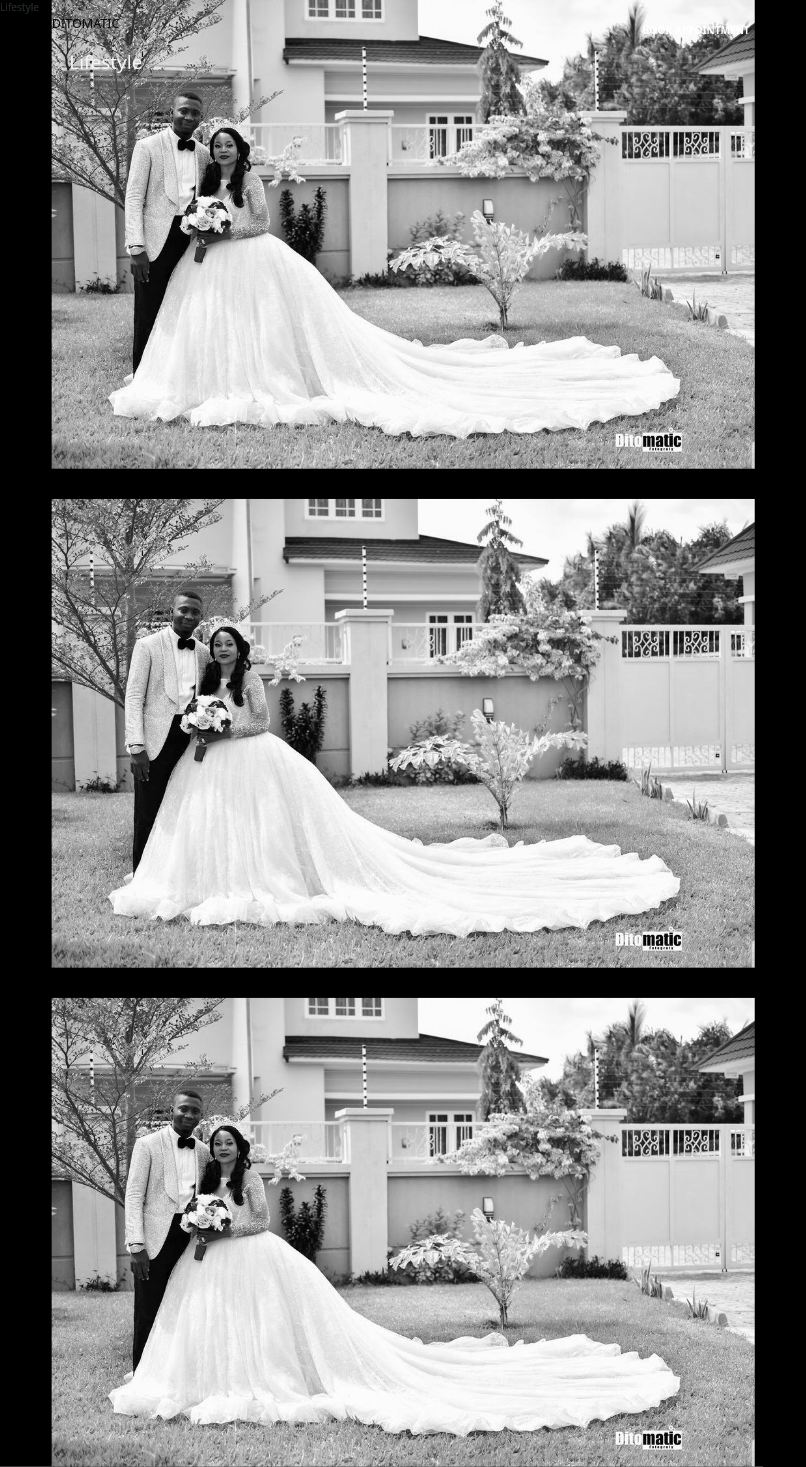
Repository: latenightsnacc/Ditomatic-Demo
Page: ditomatic.html
These files come from the project's save history. The page is drawn as it stood at one moment and after the next save; the edit follows.
The browser window is 1280 px wide. The pictures show the whole page, at 63% of full size.
Some web libraries are served in a nearby version.

Above is the page before, as saved 2021-02-23 18:07:11.
Console error: TypeError: Cannot read properties of null (reading 'addEventListener')

### ditomatic.html
<!DOCTYPE html>
<html lang="en">
<head>
    <meta charset="UTF-8">
    <meta name="viewport" content="width=device-width, initial-scale=1.0">
    <!--Tailwind 2.0.2-->
    <link href="https://cdnjs.cloudflare.com/ajax/libs/tailwindcss/2.0.2/tailwind.min.css" rel="stylesheet">
    <!--Font Awesome 5.15.1-->
    <link rel="stylesheet" href="https://cdnjs.cloudflare.com/ajax/libs/font-awesome/5.15.1/css/all.min.css" integrity="sha512-+4zCK9k+qNFUR5X+cKL9EIR+ZOhtIloNl9GIKS57V1MyNsYpYcUrUeQc9vNfzsWfV28IaLL3i96P9sdNyeRssA==" crossorigin="anonymous" />
    <!-- Bootstrap 5.0.0 Beta-->
    <link href="https://cdn.jsdelivr.net/npm/bootstrap@5.0.0-beta1/dist/css/bootstrap.min.css" rel="stylesheet" integrity="sha384-giJF6kkoqNQ00vy+HMDP7azOuL0xtbfIcaT9wjKHr8RbDVddVHyTfAAsrekwKmP1" crossorigin="anonymous" />
    <!-- UIkit CSS -->
    <link rel="stylesheet" href="https://cdn.jsdelivr.net/npm/uikit@3.6.9/dist/css/uikit.min.css" />
    <link rel="stylesheet" href="stylesheet.css">
    <!--Page Title-->
    <title>Ditomatic Fotografy</title>
</head>
<body class="bg-black">
    <!--Header-->
    <header>
        <nav class="navbar navbar-expand-lg navbar-light bg-transparent fixed-top">
            <div class="container">
                <a class="navbar-brand" href="#">
                    DITOMATIC
                    <!-- <img src="assets/Logos/TRY-Logo.png" alt="" width="150px" > -->
                </a>
                <ul class="navbar-nav ml-auto mb-2 mb-lg-0">
                    <li class="nav-item">
                        <a class="nav-link font-bold text-base uppercase text-white" href="#">book appointment</a>
                    </li>
                </ul>
            </div>
        </nav>
    </header>
    <!--End of Header-->
    <main class="bg-transparent">
        <!--Event-->
        <section class="min-h-screen">
            <div class="container relative">
                <img src="images/TLFC-ConvertImage.jpg" alt="" width="100%">

                <div class="absolute top-20 left-10">
                    <div class="text-gray-100 text-3xl hover:font-bold">Lifestyle</div>
                </div>
            </div>
        </section>
        <div class="my-5"></div>
        <!--End of Event-->
        <!--Lifestyle-->
        <section class="min-h-screen">
            <div class="container">
                <img src="images/TLFC-ConvertImage.jpg" alt="" width="100%">

                <div class="uk-position-top-left">
                    <div>Lifestyle</div>
                </div>
            </div>
        </section>
        <div class="my-5"></div>
        <!--Fashion-->
        <section class="min-h-screen">
            <div class="container">
                <img src="images/TLFC-ConvertImage.jpg" alt="" width="100%">

                <div class="uk-position-top-left">
                    <div>Lifestyle</div>
                </div>
            </div>
        </section>
        <!--End of Event-->

    </main>
<!-- UIkit JS -->
<script src="main.js"></script>
<script src="https://cdn.jsdelivr.net/npm/uikit@3.6.9/dist/js/uikit.min.js"></script>

<!--BOOTSTRAP CDN-->
<script src="https://cdn.jsdelivr.net/npm/bootstrap@5.0.0-beta1/dist/js/bootstrap.bundle.min.js" integrity="sha384-ygbV9kiqUc6oa4msXn9868pTtWMgiQaeYH7/t7LECLbyPA2x65Kgf80OJFdroafW" crossorigin="anonymous"></script>

</body>
</html>

### stylesheet.css
.d-none, #eventSet {
    display: none;
}

### main.js
let lifeStlyeSet = document.getElementById('lifestyleSet');
let eventSet = document.getElementById('eventSet');


document.getElementById('lifestyleBtn').addEventListener('click', function() {
    if(lifeStlyeSet.style.display === 'none') {
        lifeStlyeSet.style.display = 'block';
    } else {
        lifeStlyeSet.style.display = 'none';
    }
    }
)
document.getElementById('eventBtn').addEventListener('click', function() {
    if(eventSet.style.display === 'none') {
        eventSet.style.display = 'block';
    } else {
        eventSet.style.display = 'none';
    }
    }
)

After the next save:
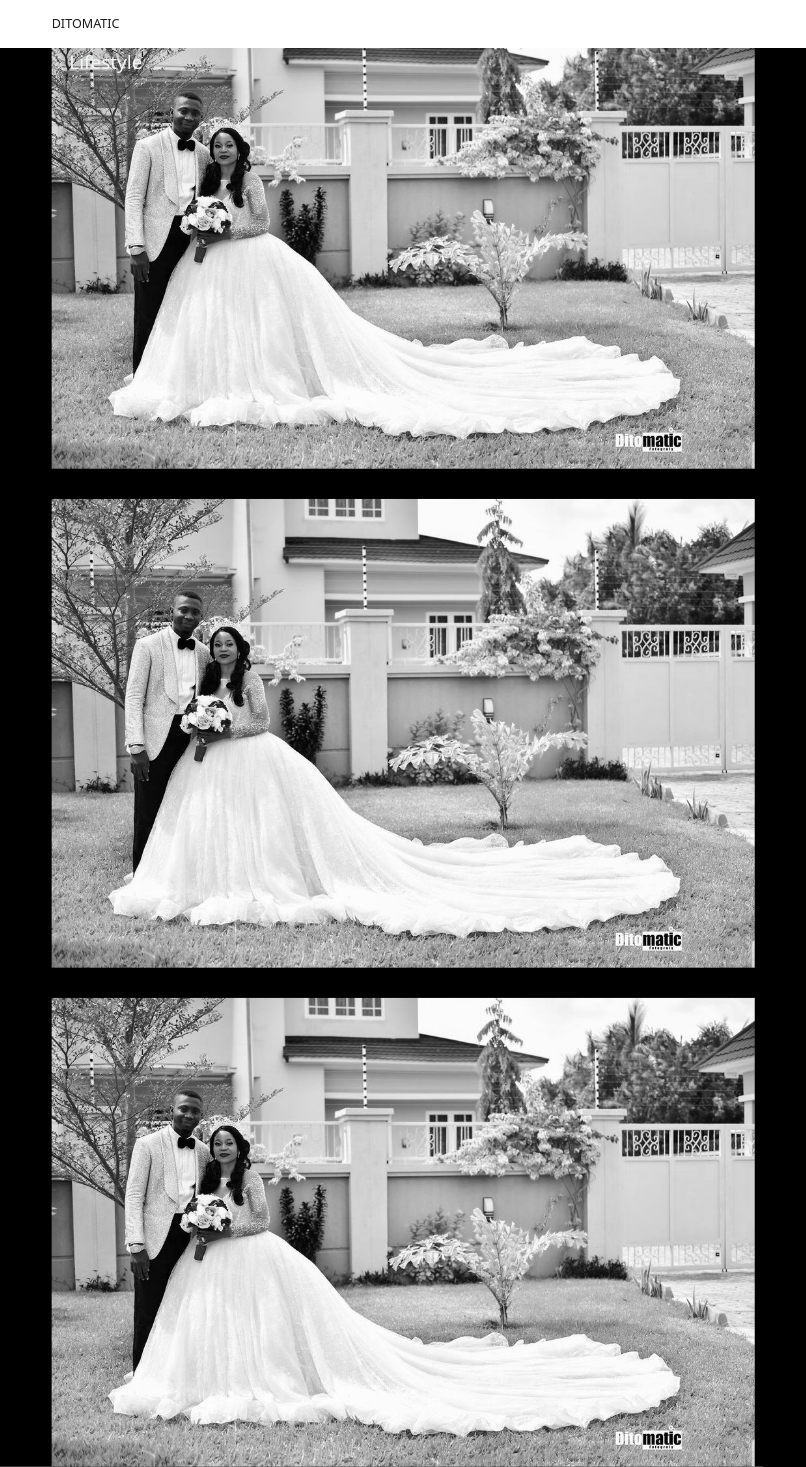
Saved 22 s later.
--- a/ditomatic.html
+++ b/ditomatic.html
@@ -18,7 +18,7 @@
 <body class="bg-black">
     <!--Header-->
     <header>
-        <nav class="navbar navbar-expand-lg navbar-light bg-transparent fixed-top">
+        <nav class="navbar navbar-expand-lg navbar-light bg-white fixed-top mb-32">
             <div class="container">
                 <a class="navbar-brand" href="#">
                     DITOMATIC
